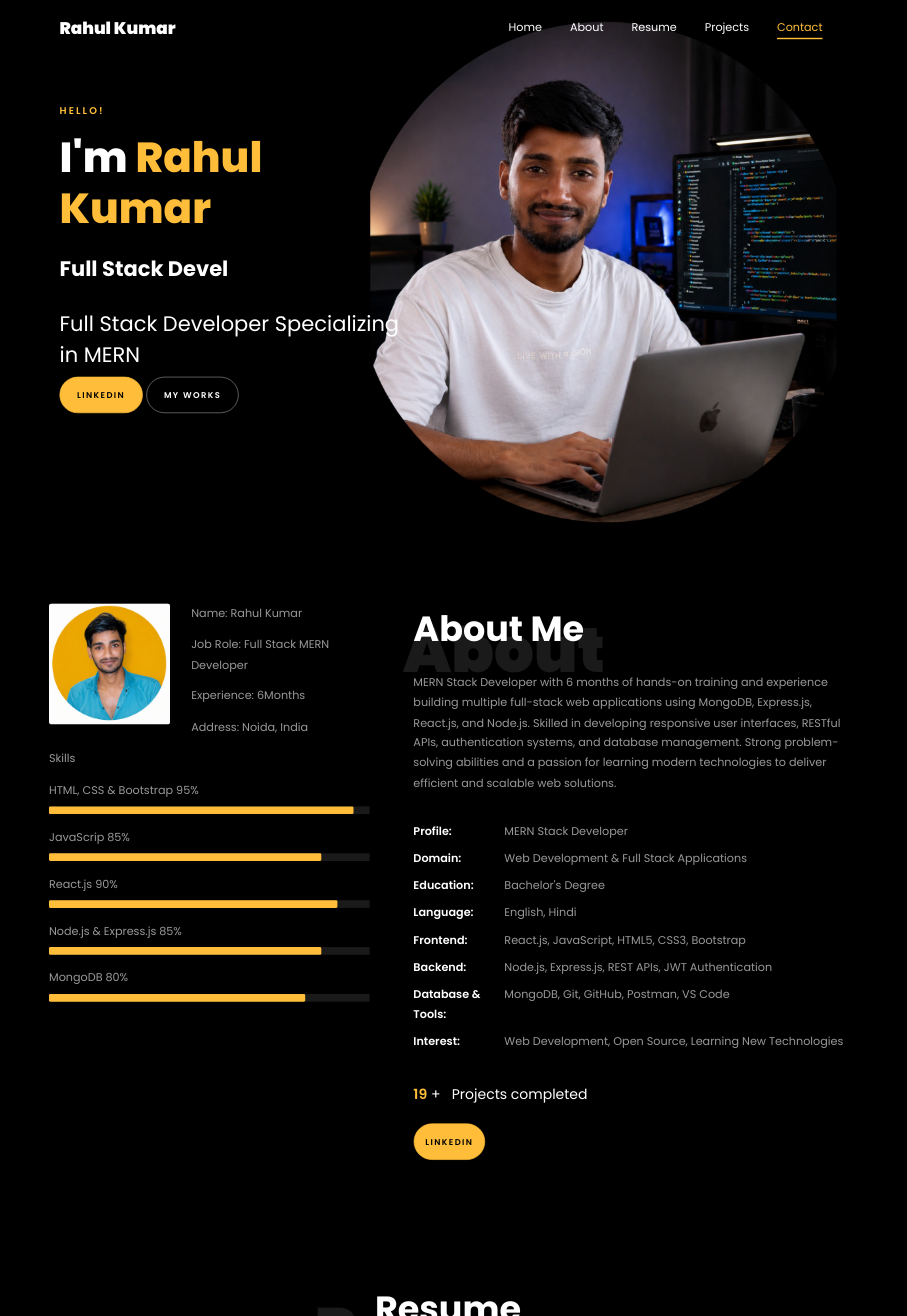
Repository: Rahul70079/Rahul-Kumar-Portfolio
Page: Portfolio/index.html
These files come from the project's save history. The page is drawn as it stood at one moment and after a run of saves; the edit follows.
The browser window is 1280 px wide. The page is 1295 px wide, so the pictures cover 1295 px, including what lies to the right of the window. The pictures show the part of the page from y = 0 to 1880 px (the page is 6540 px tall), at 70% of full size.

Above is the page before, as saved 2026-06-14 08:35:18.
Console error (its wording comes from the project's code and is left out).

After the next 2 saves:
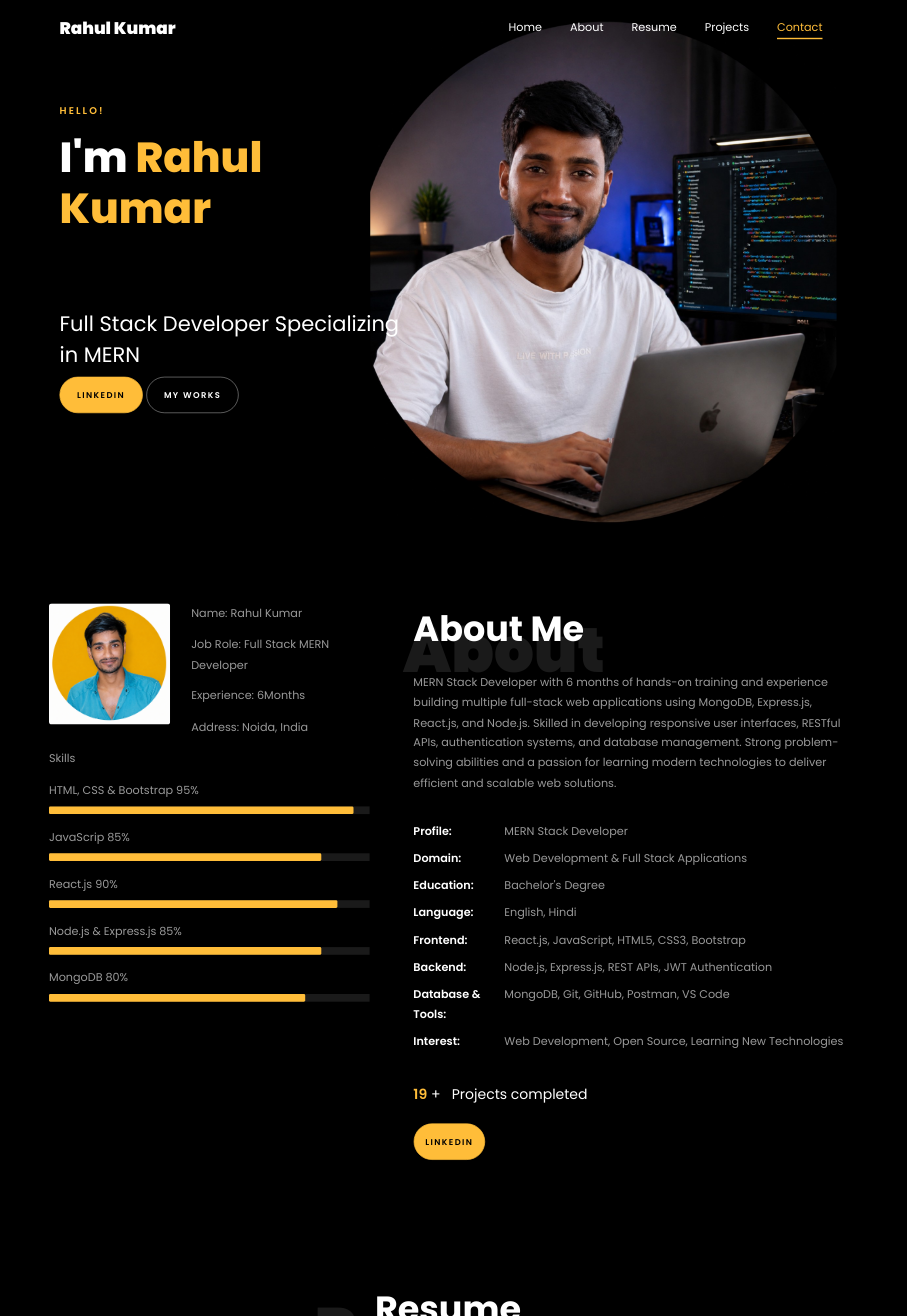
Console error: SyntaxError: Unexpected token ']'
The 2 saves are shown as one change because they came seconds apart.
The last was saved 2 min 23 s later.
--- a/Portfolio/index.html
+++ b/Portfolio/index.html
@@ -161,7 +161,9 @@
 						const typingTexts = [
   'MERN Stack Developer',
   'Full Stack Developer',
-  'React.js Enthusiast',
+  'Software Engineer',
+  'React.js Developer'
+];
   'Open to Opportunities'
 ];
 						// Create a function to display the typing animation for a given text
